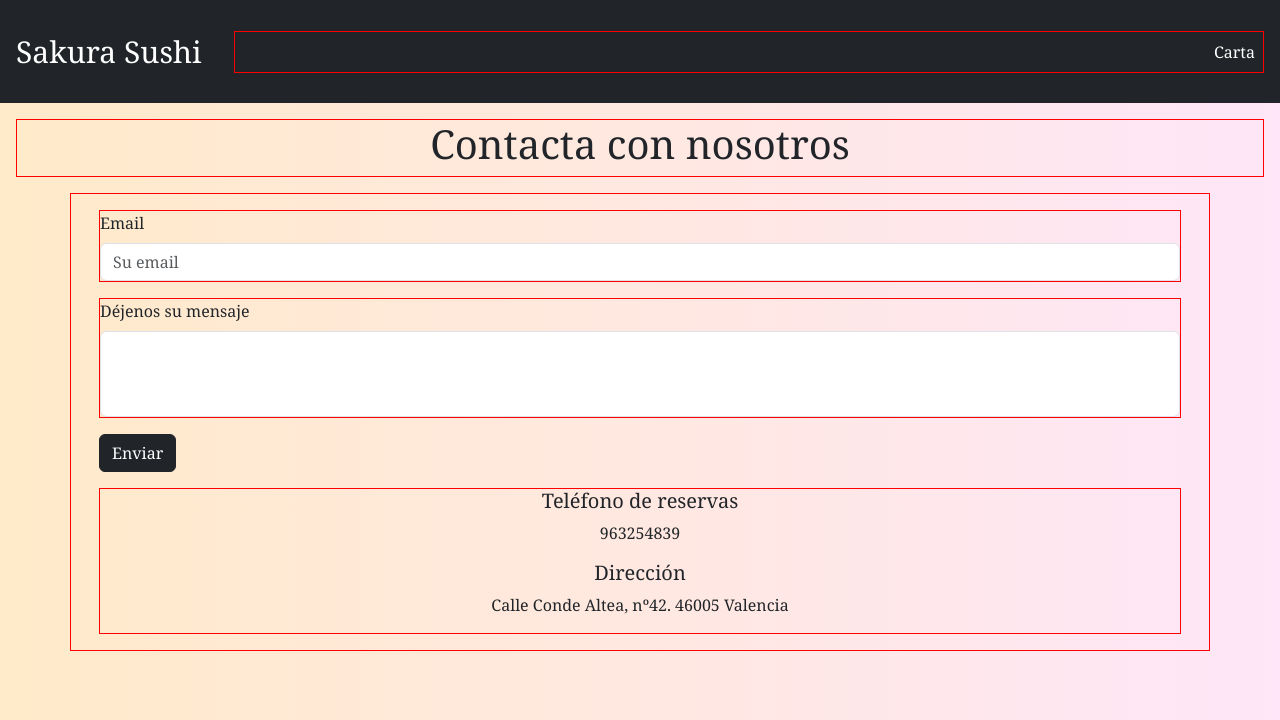
Repository: aipacheco/Fuji-restaurante
Page: contact.html
The author's editor kept a copy of each file at every save. The page is drawn from the files as they stood at one save, then again after the next save.
The browser window is 1280 px wide. The pictures show the whole page.
Some web libraries are served in a nearby version.

Above is the page before, as saved 2024-01-27 11:49:10.

### contact.html
<!DOCTYPE html>
<html lang="en">
  <head>
    <meta charset="UTF-8" />
    <meta name="viewport" content="width=device-width, initial-scale=1.0" />

    <link
      href="https://cdn.jsdelivr.net/npm/bootstrap@5.3.2/dist/css/bootstrap.min.css"
      rel="stylesheet"
      integrity="sha384-T3c6CoIi6uLrA9TneNEoa7RxnatzjcDSCmG1MXxSR1GAsXEV/Dwwykc2MPK8M2HN"
      crossorigin="anonymous"
    />
    <link rel="stylesheet" href="./css/styles.css" />
    <title>Contacta con nosotros</title>
  </head>

  <body>
    <!-- Navbar -->
    <nav class="navbar navbar-expand-lg bg-dark" data-bs-theme="dark">
      <a class="navbar-brand d-flex align-items-center m-3" href="./index.html">
        <span id="icon">Sakura Sushi</span>
      </a>

      <button
        class="navbar-toggler m-3"
        type="button"
        data-toggle="collapse"
        data-target="#navbarNavDropdown"
        aria-controls="navbarNavDropdown"
        aria-expanded="false"
        aria-label="Toggle navigation"
      >
        <span class="navbar-toggler-icon"></span>
      </button>

      <div
        class="collapse navbar-collapse justify-content-end m-3"
        id="navbarNavDropdown"
      >
        <ul class="navbar-nav align-items-center">
          <li class="nav-item active m-2">
            <a href="/menu.html">Carta</a>
          </li>
        </ul>
      </div>
    </nav>

    <div class="row d-flex justify-content-center text-center m-3">

        <h1>Contacta con nosotros</h1>


    </div>

    <div class="container mt-3">

        <form action="./answer.html" class="m-3">
          <div class="mb-3">
            <label for="formGroupExampleInput" class="form-label">Email</label>
            <input
              type="email"
              id="formGroupExampleInput"
              class="form-control"
              placeholder="Su email"
              required
            />
          </div>
          <div class="mb-3">
            <label for="exampleFormControlTextarea1" class="form-label"
              >Déjenos su mensaje</label
            >
            <textarea
              class="form-control"
              id="exampleFormControlTextarea1"
              rows="3"
            ></textarea>
          </div>

          <button class="btn btn-dark" type="submit">Enviar</button>
        </form>

        <div class="row d-flex justify-content-center text-center m-3">
      <h5>Teléfono de reservas</h5>
        <p>963254839</p>
        <h5>Dirección</h5>
        <p>Calle Conde Altea, nº42. 46005 Valencia</p>

    </div>
    <script src="https://code.jquery.com/jquery-3.2.1.slim.min.js"></script>
    <script src="https://cdnjs.cloudflare.com/ajax/libs/popper.js/1.12.9/umd/popper.min.js"></script>
    <script src="https://maxcdn.bootstrapcdn.com/bootstrap/4.0.0/js/bootstrap.min.js"></script>
  </body>
</html>

### css/styles.css
body {
  font-family:Georgia, 'Times New Roman', Times, serif !important;
  margin: 0;
  padding: 0;
  background: rgb(255, 234, 201);
  background: linear-gradient(
    90deg,
    rgba(255, 234, 201, 1) 0%,
    rgba(255, 230, 248, 1) 100%
  );
  height: 100vh;
  width: 100vw;
}
div{
  border:1px solid red
}
a{
  text-decoration: none;
  color: white;
}
#icon{
    font-size: 1.5em;
}
textarea{
  resize: none !important;
}
.card{
  background-color: rgba(250, 235, 215, 0.212);
}

After the next save:
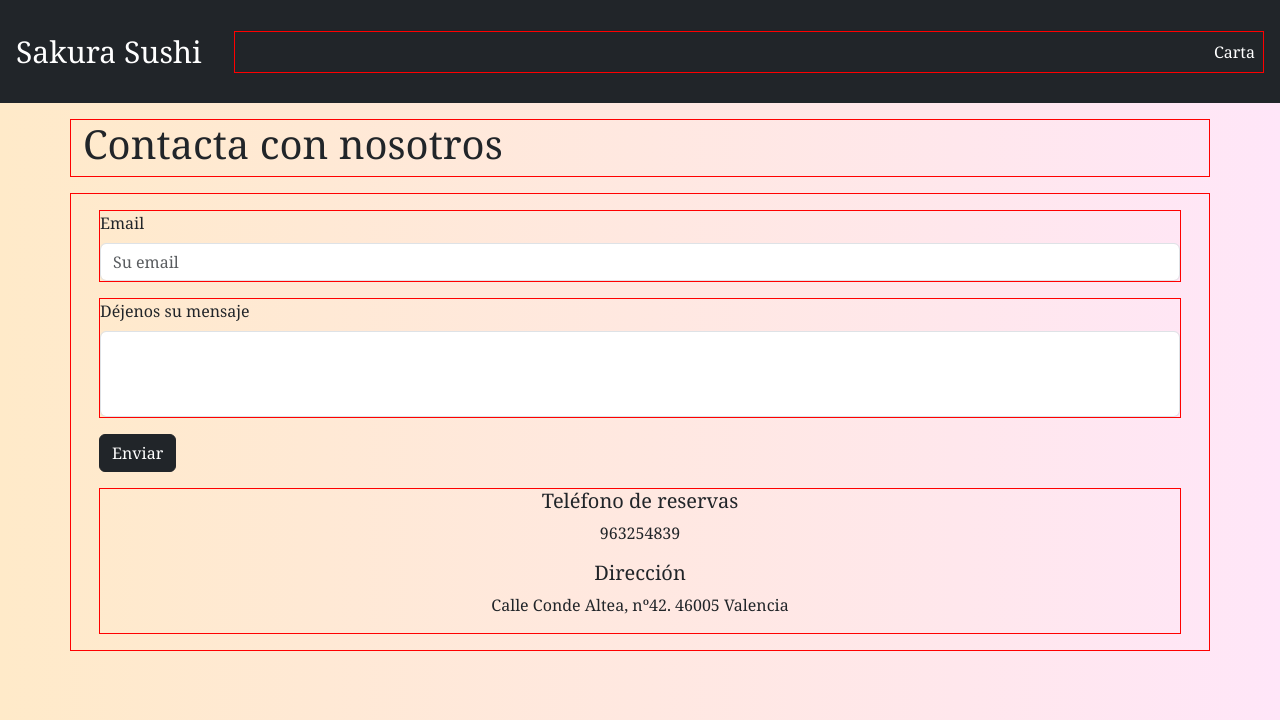
Saved 39 s later.
--- a/contact.html
+++ b/contact.html
@@ -45,7 +45,7 @@
       </div>
     </nav>
 
-    <div class="row d-flex justify-content-center text-center m-3">
+    <div class="container mt-3">
 
         <h1>Contacta con nosotros</h1>
 
